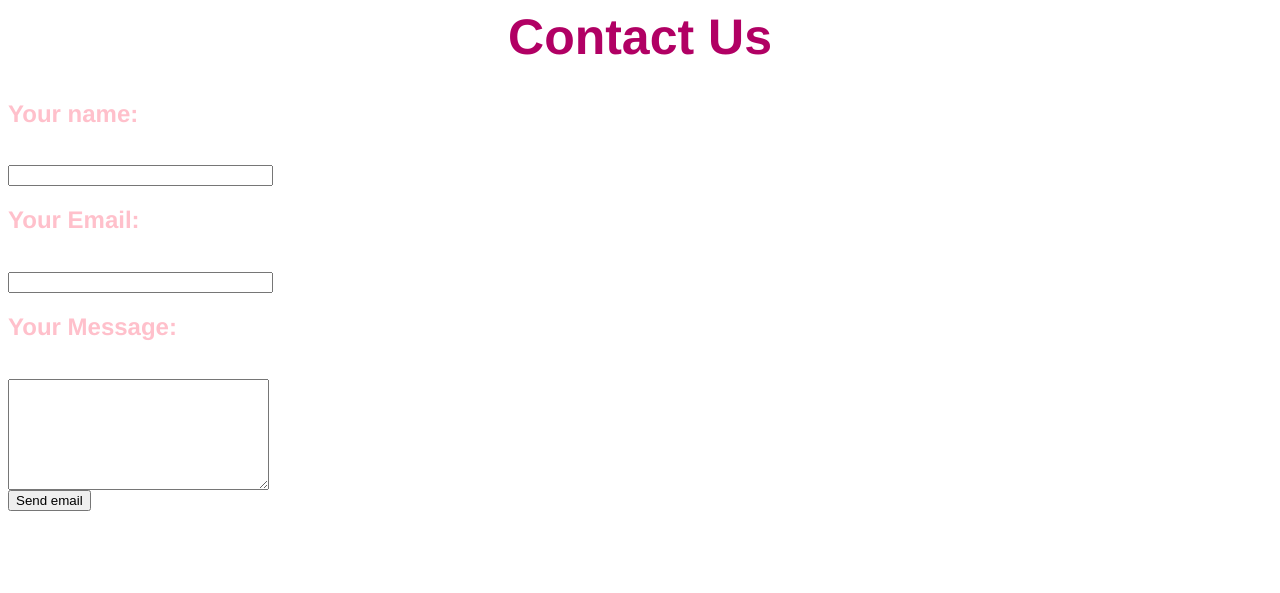
Repository: anelguel/lab18
Page: contact.html
The author's editor kept a record of every edit. The page is drawn from the files as they stood at one moment, then again after the next edit.
The browser window is 1280 px wide. The pictures show the whole page.

Above is the page before.

### contact.html
<html>
    <head><link href = "homepagecss.css" rel="stylesheet">
        <title> Contact Us </title>
    </head>
    <body><h1>Contact Us</h1>
        <form id="contact_form" action="anelguel@gmail.com" method="POST" enctype="multipart/form-data">
	<div class="row">
		<label for="name"><h2>Your name:</h2></label><br />
		<input id="name" class="input" name="name" type="text" value="" size="30" /><br />
	</div>
	<div class="row">
		<label for="email"><h2>Your Email:</h2></h2></label><br />
		<input id="email" class="input" name="email" type="text" value="" size="30" /><br />
	</div>
	<div class="row">
		<label for="message"><h2>Your Message:</h2></label><br />
		<textarea id="message" class="input" name="message" rows="7" cols="30"></textarea><br />
	</div>
	<input id="submit_button" type="submit" value="Send email" />
</form>

    </body>
</html>

### homepagecss.css
body {
    background-color: white;
}

h1 {
    color: B10064;
    text-align: center;
    font-family: helvetica;
    font-weight: bold;
    font-size: 50px
}
h2 {
    color: pink;
    text-align: left;
    font-family: helvetica;
    font-weight: bold;
}
h3{
    color: black;
    font-family:helvetica;
    font-size:15px;
}

p {
    font-family: helvetica;
    font-size: 20px;
}

a:link {
    color: hotpink;
   text-decoration: none;
}


a:visited {
    color: 562A72;
}


a:hover {
    color: D46F6A;
}


a:active {
    color: 562A72;
}

After the next edit:
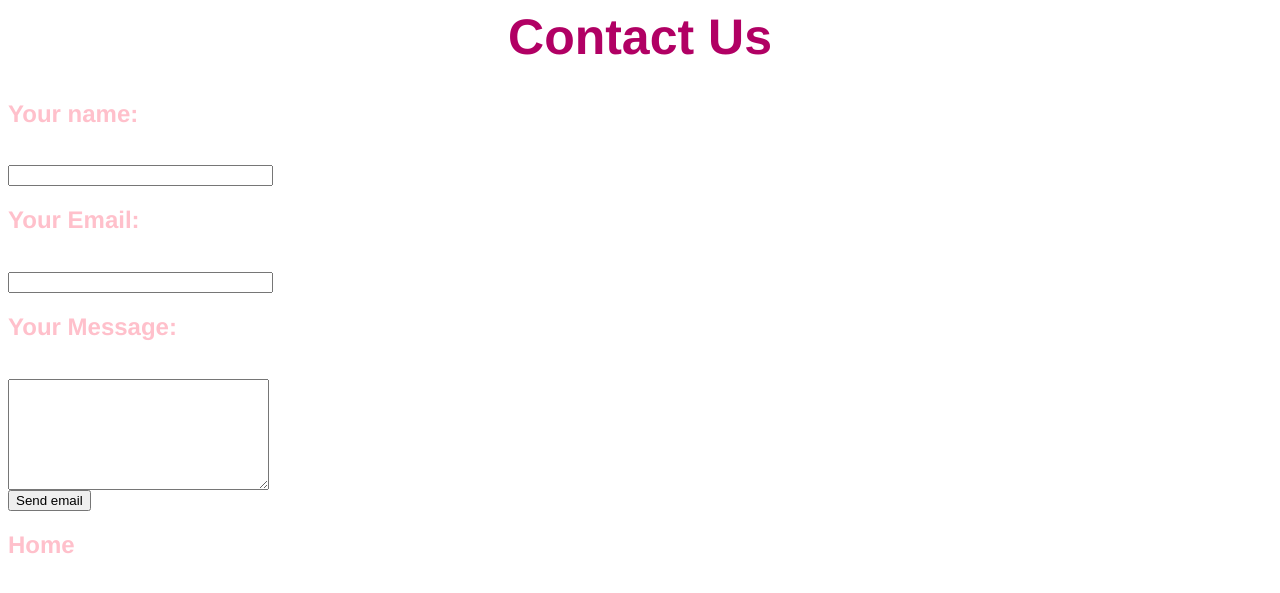
The edit:
--- a/contact.html
+++ b/contact.html
@@ -18,6 +18,6 @@
 	</div>
 	<input id="submit_button" type="submit" value="Send email" />
 </form>
-
+<a href="homepage.html"><h2>Home</h2></a>
     </body>
 </html>
